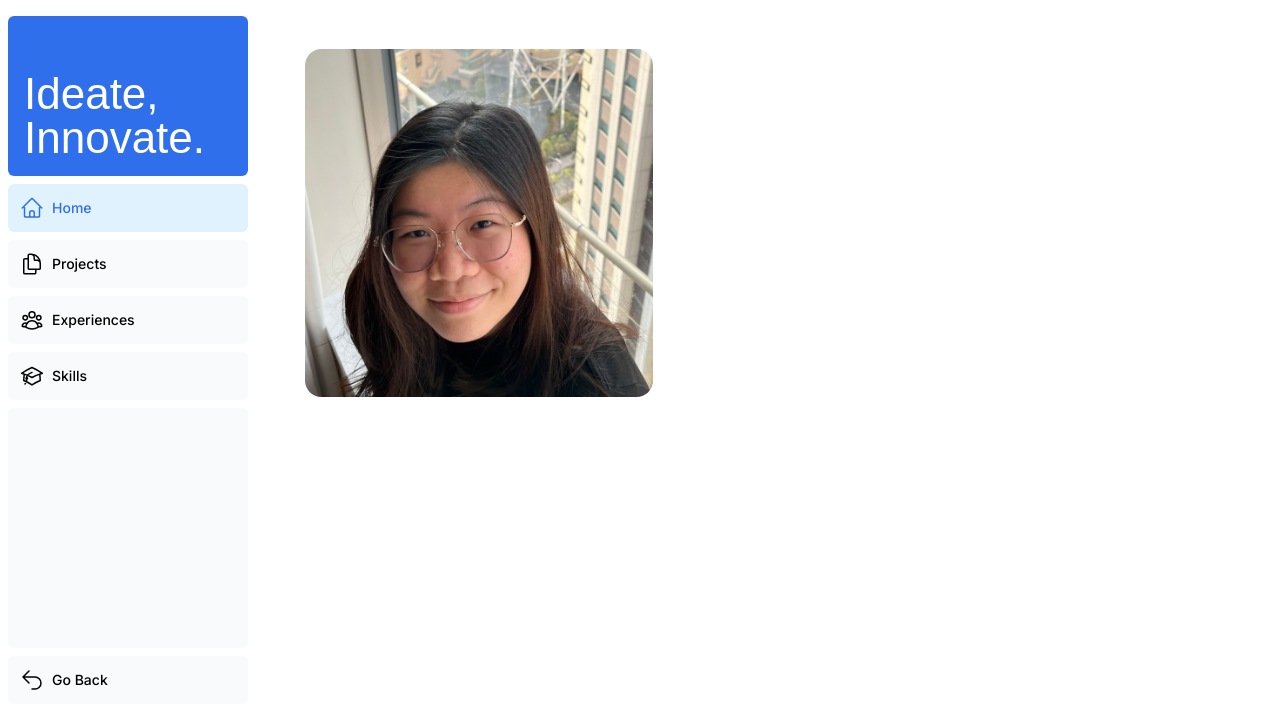
Repository: ThatGirlJam/jaime-portfolio
Page: /dashboard
The author's editor kept a copy of each file at every save. The page is drawn from the files as they stood at one save, then again after a run of saves.
The browser window is 1280 px wide. The pictures show the whole page.
Some web fonts or font styles are not loaded; a fallback is used. The project was rebuilt for these pictures with package versions that can differ from the ones it lists, and the page was loaded fresh each time. The framework's server and built-in components were replaced by stand-ins that run in the browser. Also part of the build but not shown: next.config.js.

Above is the page before, as saved 2024-04-10 00:18:57.

After the next 3 saves:
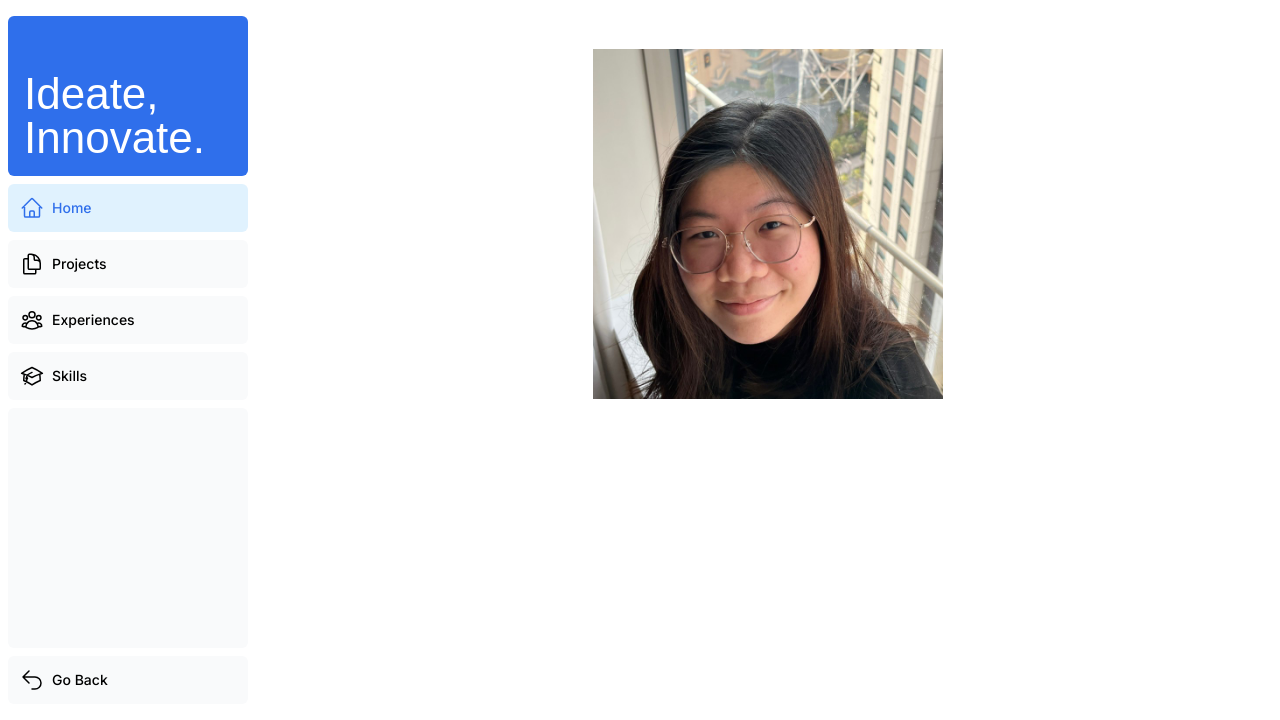
The 3 saves are shown as one change because 2 did not build or start.
The last was saved 63 s later.
--- a/app/dashboard/page.tsx
+++ b/app/dashboard/page.tsx
@@ -4,17 +4,21 @@ export default function Page() {
   const imageStyle = {
     borderRadius: '5%',
     border: '1px solid #fff',
+    display: 'flex',
+    justifyContent: 'center', // Horizontally center the image
   };
 
   return (
     <div>
-      <Image
-              src="/jaime-linkedin-photo.jpeg"
-              width={350}
-              height={350}
-              style={imageStyle}
-              alt="Screenshots of jaime linkedin photo"
-            />
+      <div style={imageStyle}>
+        <Image
+                src="/jaime-linkedin-photo.jpeg"
+                width={350}
+                height={350}
+                //style={imageStyle}
+                alt="Screenshots of jaime linkedin photo"
+              />
+        </div>
     </div>
   );
 }
